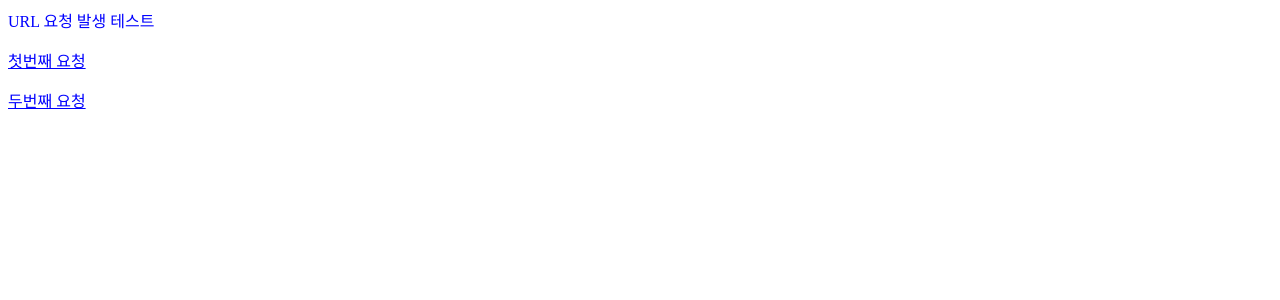
Repository: H-hyeonje/jsp
Page: jsp_example/src/main/webapp/index.html
The author's editor kept a copy of each file at every save. The page is drawn from the files as they stood at one save, then again after the next save.
The browser window is 1280 px wide. The pictures show the whole page.

Above is the page before, as saved 2024-10-07 06:27:06.

After the next save:
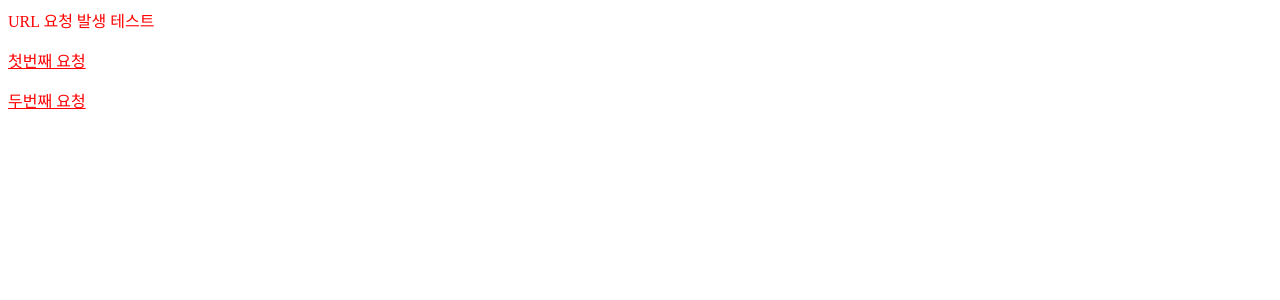
Saved 85 s later.
--- a/jsp_example/src/main/webapp/index.css
+++ b/jsp_example/src/main/webapp/index.css
@@ -1,4 +1,4 @@
 @charset "UTF-8";
 *{
-	color:blue;
+	color:red;
 }
